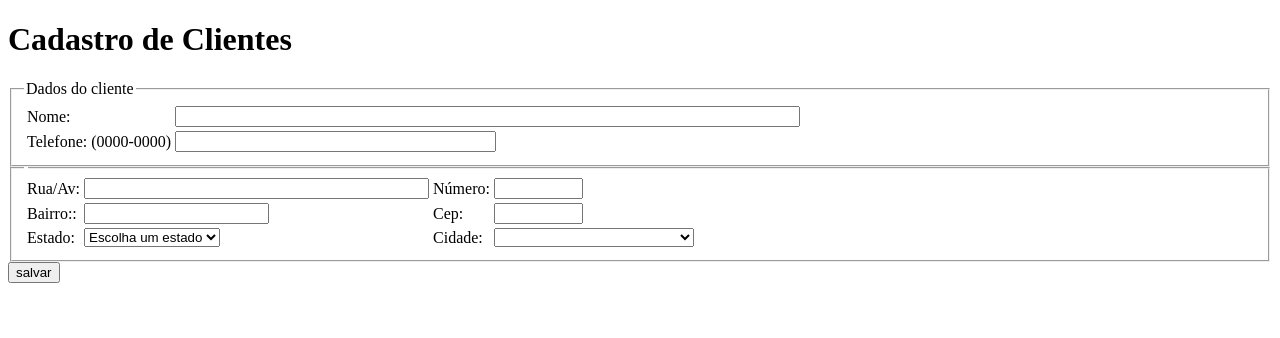
Repository: GabrielGGhost/EstudoJavaAW1-AW2
Page: estudos21/WebContent/cadastro.html
These files come from the project's save history. The page is drawn as it stood at one moment and after the next save; the edit follows.
The browser window is 1280 px wide. The pictures show the whole page.

Above is the page before, as saved 2020-10-31 20:47:10.

### estudos21/WebContent/cadastro.html
<!DOCTYPE html>
<html>
<head>
<meta charset="ISO-8859-1">
<title>Exemplo AJAX</title>
<script>
	var request;

	function sendRequest(){

		//Determina o estado selecionado
		combo = document.getElementById("estadp");
		estado = combo.options[combo.selectedIndex].value;

		//Retorna quando nenhum estado for selecionado
		if (estado == "-1"){
			return;
		}

		//Momta a url de requisição para o servidor
		url = "cadastrarCliente?action=preencherCidades&estado=" + estado;

		//Inicializa o objeto XLMHttpRequest
		request = new XMLHttpRequest();

		//Determina a função para processamento da requisição
		request.onload = processRequest;

		//Configura a requisição
		request.opem("GET", url, true);

		//Envia a requisição
		request.send();
	}

	function processRequest(){
		//Faz a leitura do documento XML recebido
		var response = request.responseXML;

		var RAIZ = response.getElementsByTagName("cidades").item(0);
		var cidades = raiz.getElementsByTagName("cidade");

		//Preenche a caixa de opções com os valores recebidos
		for (var int = 0; int < cidades.length; int++) {
			var txtCidade = cidades.item(i).firstChield.data;
			var option = new Option(txtCidade);
			selectNode.add(option, null);
		}
	}
</script>
</head>
<body>
	<h1>Cadastro de Clientes</h1>
	<form action='cadastrarCliente"%>' method='post'>
		<fieldset>
			<legend>Dados do cliente</legend>
			<table>
				<tr>
					<td><label for='nome'>Nome:</label></td>
					<td colspan='3'><input name='nome' id='nome' type='text' size='75' maxlength='255'/></td>
				</tr>
				<tr>
					<td><label for='telefone'>Telefone: (0000-0000)</label></td>
					<td><input name='telefone' id='telefone' type='text' size='37'/></td>
				</tr>
			</table>
		</fieldset>
		<fieldset>
			<legend></legend>
			<table>
				<tr>
					<td><label for='rua'>Rua/Av:</label></td>
					<td><input name='rua' id='rua' type='text' size='40' maxlength="255"/></td>

					<td><label for='numero'>Número:</label></td>
					<td><input name='numero' id='numero' type='text' size='8' maxlength="5"/></td>
				</tr>
				<tr>
					<td><label for='bairro'>Bairro::</label></td>
					<td><input name='bairro' id='bairro' type='text' /></td>

					<td><label for='cep'>Cep:</label></td>
					<td><input name='cep' id='cep' type='text' size='8'/></td>
				</tr>
				<tr>
					<td><label for='estado'>Estado:</label></td>
					<td>
						<select name='estado' id='estado' onchange='sendRequest();'>
							<option value='-1'>Escolha um estado</option>
							<option value='MG'>MG</option>
							<option value='SP'>SP</option>
							<option value='RJ'>RJ</option>
							<option></option>
						</select>
					</td>
					<td>
						<label for='cidade'>Cidade:</label>
					</td>
					<td>
						<select name='cidade' id='cidade' style='width: 200px;'>

						</select>
					</td>
				</tr>
			</table>
		</fieldset>
		<input type="submit" value="salvar"/>
	</form>
</body>
</html>

After the next save:
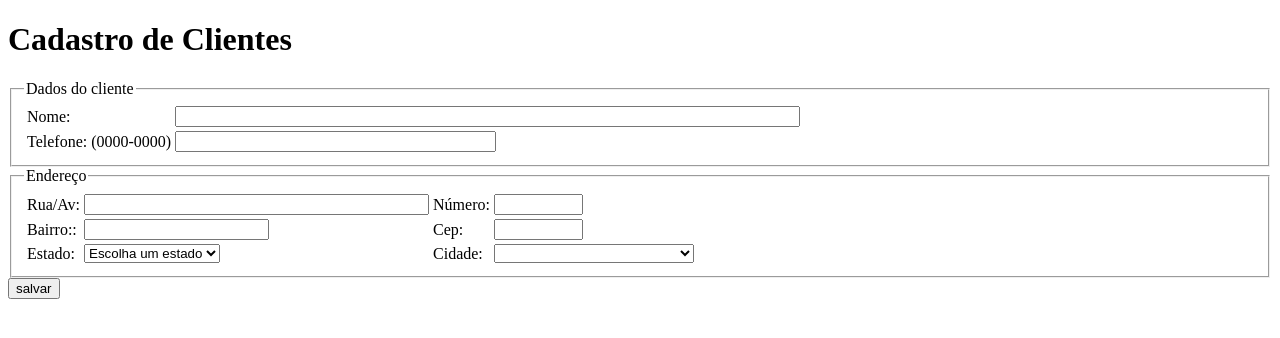
Saved 3 min 44 s later.
--- a/estudos21/WebContent/cadastro.html
+++ b/estudos21/WebContent/cadastro.html
@@ -66,7 +66,7 @@
 			</table>
 		</fieldset>
 		<fieldset>
-			<legend></legend>
+			<legend>Endereço</legend>
 			<table>
 				<tr>
 					<td><label for='rua'>Rua/Av:</label></td>
